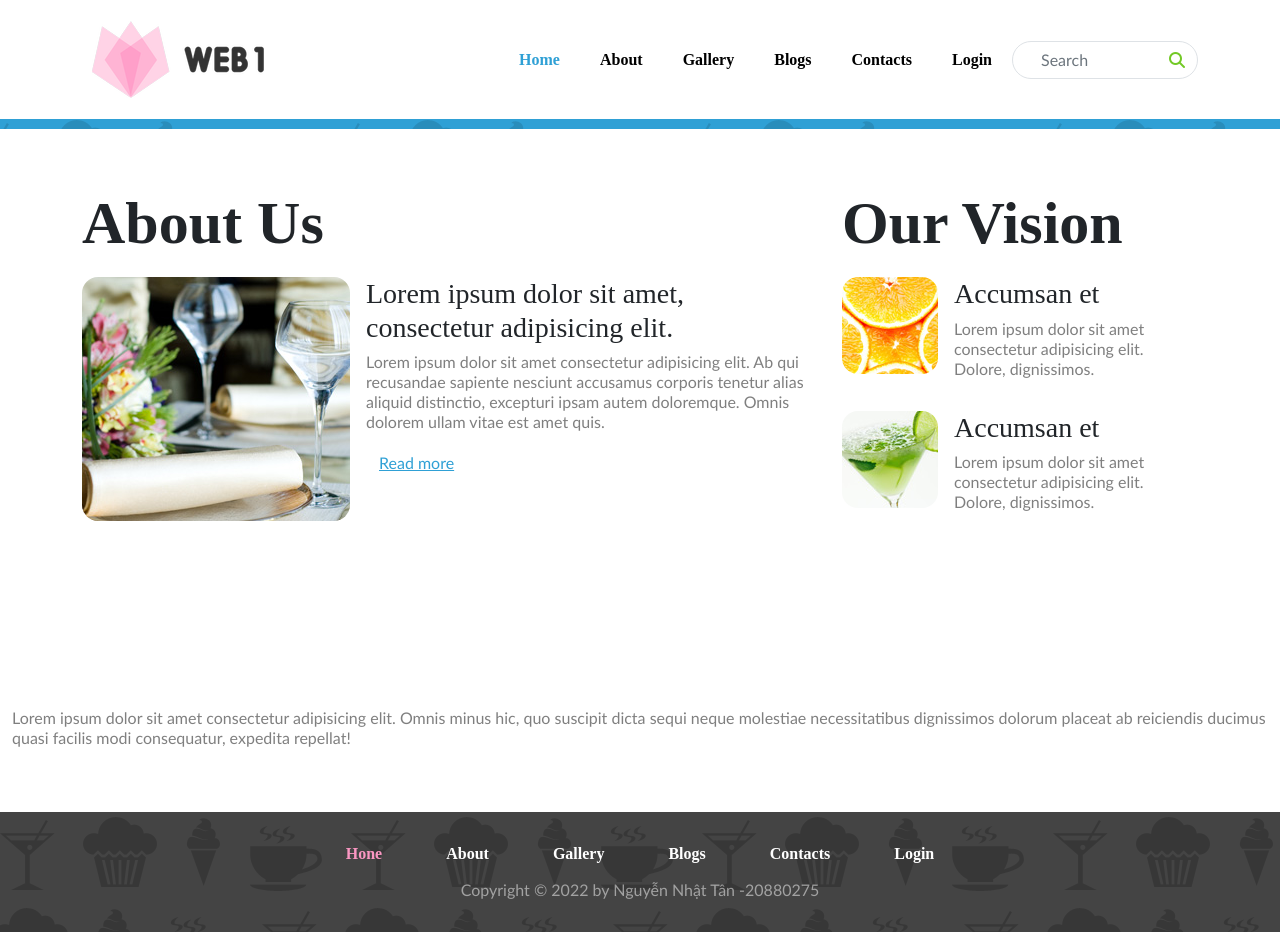
Repository: carembanhkem/web1-20880275
Page: about.html
The author's editor kept a copy of each file at every save. The page is drawn from the files as they stood at one save, then again after the next save.
The browser window is 1280 px wide. The pictures show the whole page.
Some web fonts or font styles are not loaded; a fallback is used. Some web libraries are served in a nearby version.

Above is the page before, as saved 2023-02-06 11:31:33.
Console error: ReferenceError: bootstrap is not defined

### about.html
<!doctype html>
<html lang="en">

<head>
    <title>20880275 - Web1 Project</title>
    <!-- Required meta tags -->
    <meta charset="utf-8">
    <meta name="viewport" content="width=device-width, initial-scale=1, shrink-to-fit=no">
    <!-- Favicon-->
    <link rel="shortcut icon" href="images/favicon.ico" type="image/x-icon">
    <!-- FontAweSome-->
    <script src="https://kit.fontawesome.com/ee054dad92.js" crossorigin="anonymous"></script>
    <!-- Google Fonts -->
    <link rel="preconnect" href="https://fonts.googleapis.com">
    <link rel="preconnect" href="https://fonts.gstatic.com" crossorigin>
    <link href="https://fonts.googleapis.com/css2?family=Changa+One&display=swap" rel="stylesheet">
    <!-- Bootstrap CSS v5.2.1 -->
    <link href="https://cdn.jsdelivr.net/npm/bootstrap@5.2.1/dist/css/bootstrap.min.css" rel="stylesheet"
        integrity="sha384-iYQeCzEYFbKjA/T2uDLTpkwGzCiq6soy8tYaI1GyVh/UjpbCx/TYkiZhlZB6+fzT" crossorigin="anonymous">
    <link rel="stylesheet" href="css/20880275.css">
</head>

<body>
    <header class="container">
        <nav class="navbar navbar-expand-sm navbar-light">
            <a class="navbar-brand" href="#">
                <img src="images/logo.png" alt="Web1 Logo">
            </a>
            <button class="navbar-toggler d-lg-none" type="button" data-bs-toggle="collapse" data-bs-target="#menu-header" aria-controls="menu-header"
                aria-expanded="false" aria-label="Toggle navigation"></button>
            <div class="collapse navbar-collapse" id="menu-header">
                <ul class="navbar-nav ms-auto mt-2 mt-lg-0">
                    <li class="nav-item">
                        <a class="nav-link active" href="index.html" aria-current="page">Home <span class="visually-hidden">(current)</span></a>
                    </li>
                    <li class="nav-item">
                        <a class="nav-link" href="about.html">About</a>
                    </li>
                    <li class="nav-item">
                        <a class="nav-link" href="gallery.html">Gallery</a>
                    </li>
                    <li class="nav-item">
                        <a class="nav-link" href="blogs.html">Blogs</a>
                    </li>
                    <li class="nav-item">
                        <a class="nav-link" href="contact.html">Contacts</a>
                    </li>
                    <li class="nav-item">
                        <a class="nav-link" href="#" data-bs-toggle="modal" data-bs-target="#modalLogin">Login</a>
                    </li>
                </ul>
                <form class="d-flex my-2 my-lg-0 border rounded-pill" id="formSearch">
                    <input class="form-control border-0 ms-3" type="text" placeholder="Search">
                    <button class="btn my-2 my-sm-0 border-0" type="submit"><i class="fa-solid fa-magnifying-glass"></i></button>
                </form>
            </div>
        </nav>
    </header>

    <section id="banner-small">

    </section>

    <section class="container py-5">
        <div class="row">
            <div class="col-md-8">
                <h1 class="py-3">About Us</h1>
                <div>
                    <img src="images/about-1.jpg" alt="About us" class="float-start rounded-4 me-3">
                    <h3>Lorem ipsum dolor sit amet, consectetur adipisicing elit.</h3>
                    <p class="text-black-50">Lorem ipsum dolor sit amet consectetur adipisicing elit. Ab qui recusandae sapiente nesciunt accusamus corporis tenetur alias aliquid distinctio, excepturi ipsam autem doloremque. Omnis dolorem ullam vitae est amet quis.</p>
                    <a href="#" class="btn btn-link readmore">Read more</a>
                </div>
            </div>
            <div class="col-md-4 col-sm-12">
                <h1 class="py-3">Our Vision</h1>
                <div class="clearfix mb-3">
                    <img src="images/vision/vision-1.jpg" alt="vision1" class="float-start me-3 rounded-4">
                    <h3>Accumsan et</h3>
                    <p class="text-black-50">Lorem ipsum dolor sit amet consectetur adipisicing elit. Dolore, dignissimos.</p>
                </div>
                <div class="clearfix mb-3">
                    <img src="images/vision/vision-2.jpg" alt="vision1" class="float-start me-3 rounded-4">
                    <h3>Accumsan et</h3>
                    <p class="text-black-50">Lorem ipsum dolor sit amet consectetur adipisicing elit. Dolore, dignissimos.</p>
                </div>
            </div>
        </div>
    </section>
    <!-- Testimonials-->
    <section class="container-fluid py-5" id="testimonials">
        <h1 class="text-white">Testimonials</h1>
        <div class="row">
            <div class="col">
                <p class="text-black-50">Lorem ipsum dolor sit amet consectetur adipisicing elit. Omnis minus hic, quo suscipit dicta sequi neque molestiae necessitatibus dignissimos dolorum placeat ab reiciendis ducimus quasi facilis modi consequatur, expedita repellat!</p>

            </div>
        </div>
    </section>

    <!-- Footer -->
    <footer class="text-center container-fluid text-white py-3">
        <ul class="nav justify-content-center py-3" id="menu-footer">
            <li class="nav-item">
                <a class="nav-link active" href="#" aria-current="page">Hone</a>
            </li>
            <li class="nav-item">
                <a class="nav-link" href="about.html">About</a>
            </li>
            <li class="nav-item">
                <a class="nav-link" href="gallery.html">Gallery</a>
            </li>
            <li class="nav-item">
                <a class="nav-link" href="blogs.html">Blogs</a>
            </li>
            <li class="nav-item">
                <a class="nav-link" href="contact.html">Contacts</a>
            </li>
            <li class="nav-item">
                <a class="nav-link" href="#" data-bs-toggle="modal" data-bs-target="#modalLogin">Login</a>
            </li>
        </ul>
        <p class="text-white-50">Copyright &copy; 2022 by  Nguyễn Nhật Tân -20880275</p>
    </footer>

    <!-- Modal Body -->
    <!-- if you want to close by clicking outside the modal, delete the last endpoint:data-bs-backdrop and data-bs-keyboard -->
    <div class="modal fade" id="modalLogin" tabindex="-1" data-bs-backdrop="static" data-bs-keyboard="false" role="dialog" aria-labelledby="modalTitleId" aria-hidden="true">
        <div class="modal-dialog modal-dialog-scrollable modal-dialog-centered modal-sm" role="document">
            <div class="modal-content">
                <div class="modal-header">
                    <button type="button" class="btn-close" data-bs-dismiss="modal" aria-label="Close"></button>
                </div>
                <div class="modal-body">
                    <form action="#" method="post" id="formLogin">
                        <h3 class="text-center">Login Form</h3>
                        <div class="mb-3">
                            <input type="text" name="username" id="username" placeholder="Username" class="form-control">
                        </div>
                        <div class="mb-3">
                            <input type="password" name="password" id="password" placeholder="Password" class="form-control">
                        </div>
                        <button type="submit" class="form-control btn">Login</button>
                    </form>
                </div>
                <div class="modal-footer">

                </div>
            </div>
        </div>
    </div>


    <!-- Optional: Place to the bottom of scripts -->
    <script>
        const myModal = new bootstrap.Modal(document.getElementById('modalLogin'), options)

    </script>

    <!-- Boostrap JavaScript Libraries -->
    <script src="https://cdn.jsdelivr.net/npm/@popperjs/core@2.11.6/dist/umd/popper.min.js"
        integrity="sha384-oBqDVmMz9ATKxIep9tiCxS/Z9fNfEXiDAYTujMAeBAsjFuCZSmKbSSUnQlmh/jp3" crossorigin="anonymous">
    </script>

    <script src="https://cdn.jsdelivr.net/npm/bootstrap@5.2.1/dist/js/bootstrap.min.js"
        integrity="sha384-7VPbUDkoPSGFnVtYi0QogXtr74QeVeeIs99Qfg5YCF+TidwNdjvaKZX19NZ/e6oz" crossorigin="anonymous">
    </script>
</body>

</html>

### css/20880275.css
:root {
    --web1-pink: #FA97C2;
    --web1-blue: #2FA0D5;
    --web1-green: #73C926;
}

body {
    font-family: 'Trebuchet MS', Arial, Helvetica, sans-serif;
    font-size: 16px;
    line-height: 20px;
}

h1, h2, h3, h4 {
    font-family: 'Changa One', cursive;
    font-weight: 400;
}

h1 {
    font-size: 60px;
    line-height: 60px;
    font-weight: 900;
}

/* Header */
#menu-header a {
    display: block;
    padding: 0 1.25rem;
    font-weight: bold;
    color: black;
    font-family: 'Changa One', cursive;
}
#menu-header a.active {
    color: var(--web1-blue);
}

#formSearch input {
    width: 8rem;
}

#formSearch i {
    color: var(--web1-green);
}

/* Banner */
#banner {
    background-image: url('../images/bg-banner.gif');
}

#banner > div {
    background: url('../images/logo_bg.png') left top no-repeat, url('../images/search_bg.png') right top no-repeat;
    padding: 5rem 0  3rem 0;
}

#banner a {
    background-color: var(--web1-pink);
    font-family: 'Changa One', cursive;
    font-size: 2rem;
}

#banner .carousel-item {
    min-height: 15rem; /*Do chieu cao khong co dinh nen minheight bang cai lon nhat de ko bi xe dich*/
}

#banner .carousel-indicators li {
    width: 1.2rem;
    height: 1.2rem;
    border-radius: 1.2rem; /* de no thanh hinh tron*/
    border: none; /* de no thanh hinh tron vi width = height = border radius*/
    margin: 0 0.25rem;
    position: relative;
}

#banner .carousel-indicators li span {
    position: absolute;
    top: 0.3rem;
    left: 0.3rem;
    width: 0.6rem;
    height: 0.6rem;
    border-radius: 0.6rem;
    border: none;
    text-align:left;
    text-indent: -9999px;
}

#banner .carousel-indicators li.active span{
    background-color: var(--web1-green);
}

/* banner small */
#banner-small {
    background-image: url(../images/bg-banner.gif);
    padding: 5px;
}

/* products */
.readmore {
    color: var(--web1-blue);
    margin-top: -4px;
}

.web1-text-blue {
    color: var(--web1-blue);
}

/* about us */
#aboutus {
    background-color: var(--web1-pink);
}

#formSignUp {
    border-style: dashed !important;
    border-color: rgba(0,0,0,0.5) !important;
}

/* news */
#news .date {
    background-color: var(--web1-green);
    width: 6rem;
    padding: 1.5rem;
}

/* Footer*/
footer {
    background-image: url('../images/bg-footer.gif');
}

#menu-footer a {
    color: white;
    font-weight: bold;
    font-family: 'Changa One', cursive;
    display: block;
    padding: 0 2rem;
}

#menu-footer a.active {
    color: var(--web1-pink);
}

/* Modal Login*/
#formLogin button[type="submit"]{
    background-color: var(--web1-blue);
    color: white;
}

After the next save:
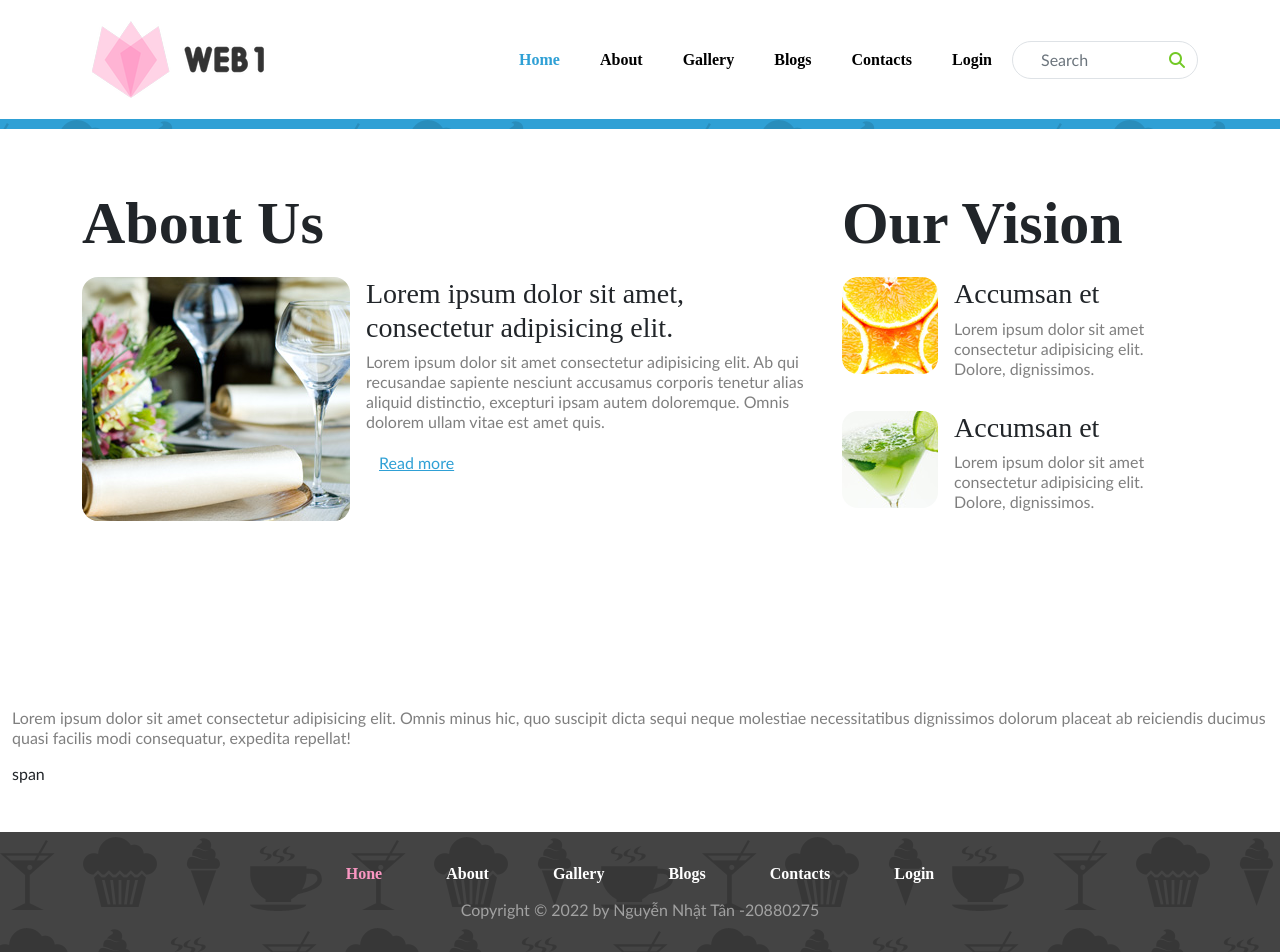
Saved 5 s later.
--- a/about.html
+++ b/about.html
@@ -93,7 +93,7 @@
         <div class="row">
             <div class="col">
                 <p class="text-black-50">Lorem ipsum dolor sit amet consectetur adipisicing elit. Omnis minus hic, quo suscipit dicta sequi neque molestiae necessitatibus dignissimos dolorum placeat ab reiciendis ducimus quasi facilis modi consequatur, expedita repellat!</p>
-
+                span
             </div>
         </div>
     </section>

After the save that followed:
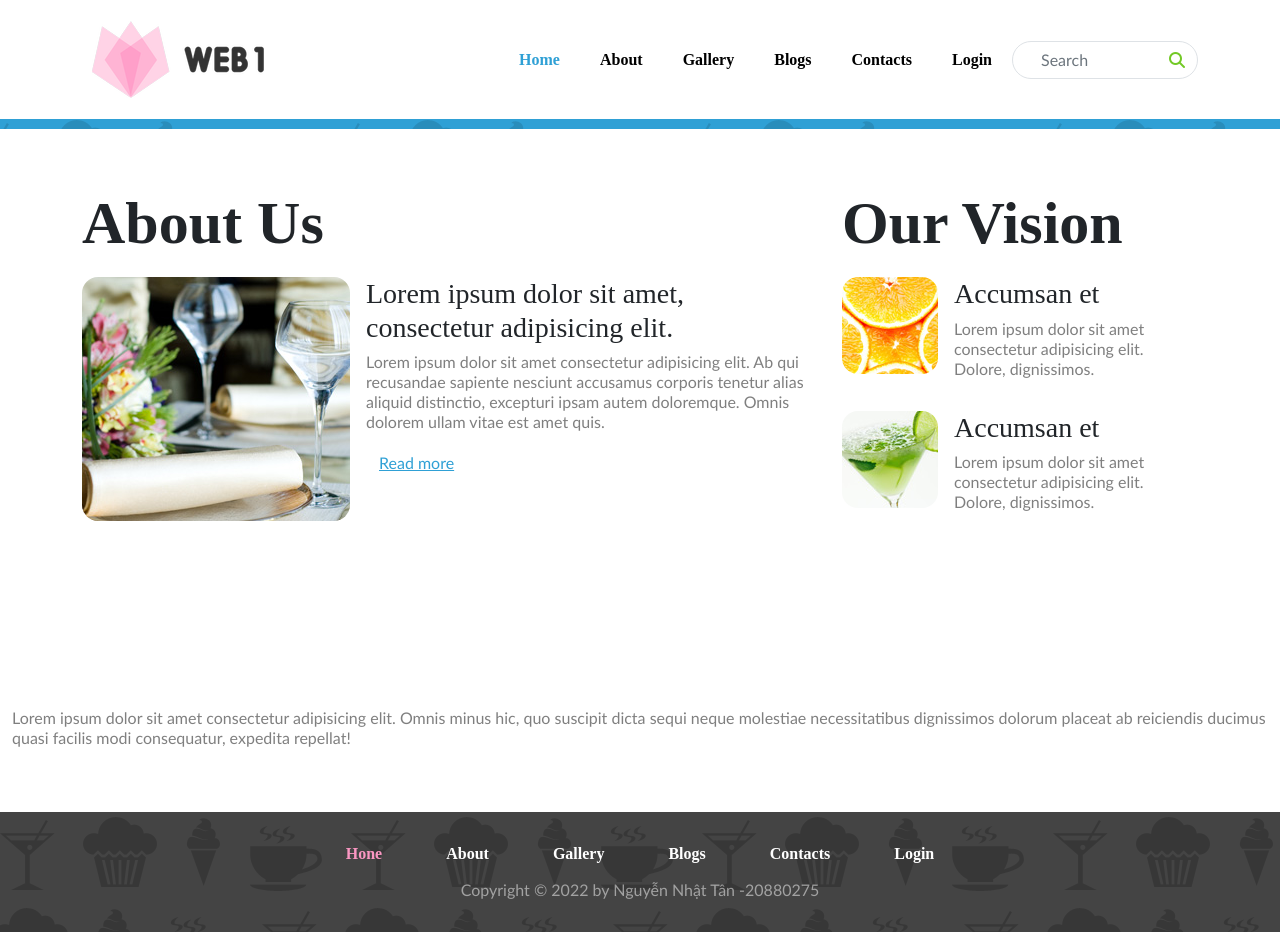
Saved 5 s later.
--- a/about.html
+++ b/about.html
@@ -93,7 +93,7 @@
         <div class="row">
             <div class="col">
                 <p class="text-black-50">Lorem ipsum dolor sit amet consectetur adipisicing elit. Omnis minus hic, quo suscipit dicta sequi neque molestiae necessitatibus dignissimos dolorum placeat ab reiciendis ducimus quasi facilis modi consequatur, expedita repellat!</p>
-                span
+                <span class="text-white"></span>
             </div>
         </div>
     </section>
